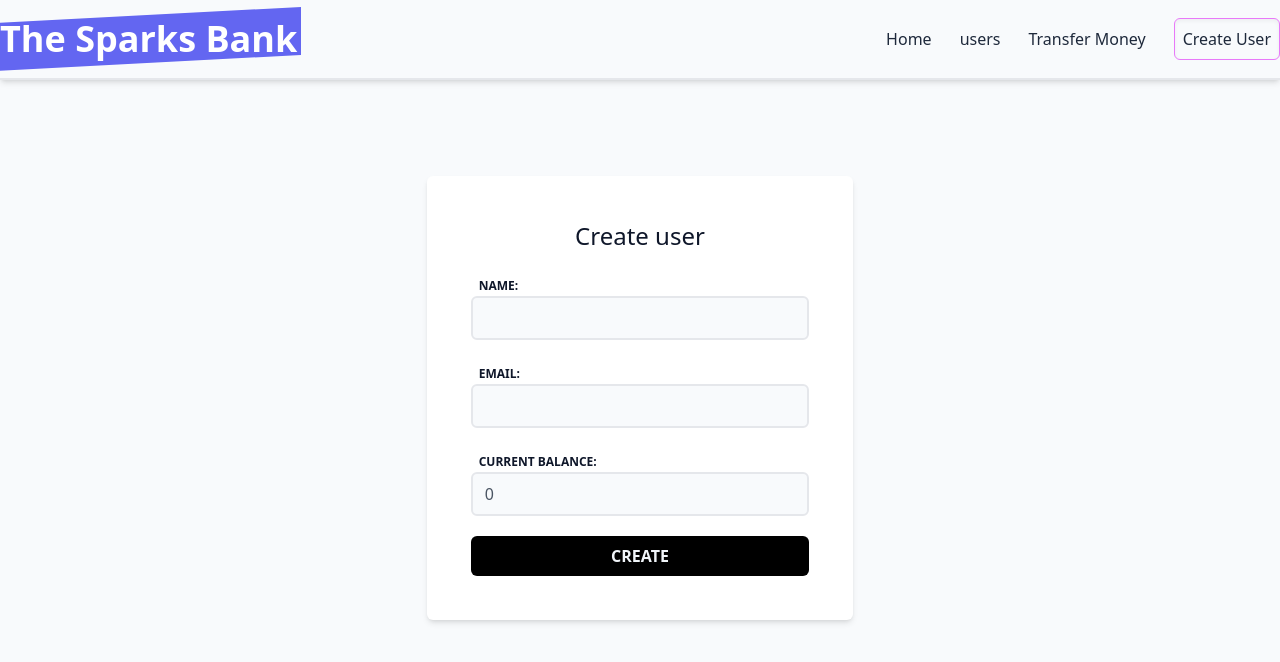
Repository: gauribhardwajj/Banking-System-TSF
Page: /createUser
An editor plug-in stored every save of this project. The page is shown before and after the next save, followed by the edit.
The browser window is 1280 px wide. The pictures show the whole page.
The project was rebuilt for these pictures with package versions that can differ from the ones it lists, and the page was loaded fresh each time. A package was used in the major version that the imports need, not the one package.json lists. The framework's server and built-in components were replaced by stand-ins that run in the browser. Also part of the build but not shown: next.config.js.

Above is the page before, as saved 2024-07-26 00:18:29.

### pages/createUser.js
import { useRouter } from "next/router";
import { useState } from "react";
import Navbar from "../components/Navbar";
import { createuser } from "../utils/request";
import Head from "next/head";

function CreateUser() {
  const [name, setName] = useState("");
  const [email, setEmail] = useState("");
  const [currentBalance, setCurrentBalance] = useState(0);
  const [errorMessage, setErrorMessage] = useState("");
  const [loading, setLoading] = useState(false);

  const router = useRouter();

  const createUser = async (e) => {
    e.preventDefault();
    if (loading) return;

    const payload = {
      name,
      email,
      currentBalance,
    };
    setLoading(true);
    const user = await createuser(payload);

    if (user.hasError) {
      setErrorMessage(user.errorMessage);
    } else {
      setErrorMessage("");
      setName("");
      setEmail("");
      setCurrentBalance(null);
      router.replace("/");
    }
    setLoading(false);
  };

  return (
    <div className="min-h-screen w-full bg-slate-50 text-slate-900 antialiased">
      <Head>
        <title>Banking System</title>
        <link rel="icon" href="/favicon.ico" />
      </Head>

      <Navbar />

      <div className="grid place-items-center mt-24">
        <form
          onSubmit={createUser}
          className="mx-5 flex flex-col space-y-5 rounded-md bg-white p-11 shadow-md md:w-1/2 xl:w-1/3 2xl:w-1/4"
        >
          <h1 className="text-2xl text-center">Create user</h1>
          {errorMessage && (
            <p className="mb-5 text-center text-sm font-semibold capitalize text-red-500">
              {errorMessage}
            </p>
          )}
          <div className="w-full">
            <label htmlFor="accnum" className="label">
              name:
            </label>
            <input
              className="input"
              value={name}
              onChange={(e) => setName(e.target.value)}
              type="text"
              name=""
              id=""
            />
          </div>

          <div className="w-full">
            <label htmlFor="accnum" className="label">
              Email:
            </label>
            <input
              className="input"
              value={email}
              onChange={(e) => setEmail(e.target.value)}
              type="email"
              name=""
              id=""
            />
          </div>

          <div className="w-full">
            <label htmlFor="accnum" className="label">
              Current Balance:
            </label>
            <input
              className="input"
              value={currentBalance}
              onChange={(e) => setCurrentBalance(Number(e.target.value))}
              type="number"
              name=""
              id=""
            />
          </div>

          <button
            className="rounded-md bg-black p-2 px-3 font-semibold uppercase text-slate-100 transition-all hover:bg-white hover:text-slate-900 hover:ring-2 hover:ring-black cursor-pointer text-center"
            type="submit"
          >
            Create
          </button>
        </form>
      </div>
    </div>
  );
}

export default CreateUser;

### styles/globals.css
@tailwind base;
@tailwind components;
@tailwind utilities;

@layer base {
  html {
    -webkit-tap-highlight-color: transparent;
  }

  ::-webkit-scrollbar {
    width: 6px;
  }

  ::-webkit-scrollbar-track {
    -webkit-box-shadow: inset 0 0 6px rgba(0, 0, 0, 0.5);
    -webkit-border-radius: 10px;
    border-radius: 10px;
  }

  ::-webkit-scrollbar-thumb {
    -webkit-border-radius: 10px;
    border-radius: 10px;
    background: rgba(0, 0, 0, 0.4);
    -webkit-box-shadow: inset 0 0 6px rgba(0, 0, 0, 0.5);
  }

  ::-webkit-scrollbar-thumb:window-inactive {
    background: rgba(0, 0, 0, 0.6);
  }
}

@layer components {
  .link {
    @apply cursor-pointer select-none text-blue-500 transition-all hover:text-purple-400 hover:underline;
  }
  .active {
    @apply border-[0.2px] border-fuchsia-400 shadow-inner rounded-md p-2;
  }
  .input {
    @apply w-full rounded-md border-2 bg-slate-50 p-2 px-3 text-gray-600 outline-none focus-within:shadow-md;
  }
  .label {
    @apply p-2 text-xs font-semibold uppercase;
  }
}

### components/Navbar.js
// import { LogoutIcon, UserCircleIcon } from "@heroicons/react/outline";
import { useRouter } from "next/router";

function Navbar() {
  const router = useRouter();

  return (
    <div className={`h-20 border-b-2 shadow-md z-50`}>
      <div className="w-screen px-5 md:px-0 md:max-w-screen-2xl xl:max-w-screen-xl mx-auto flex items-center justify-between h-full">
        <div>
          <h1
            onClick={() => router.push(`/`)}
            className="hidden md:inline-block font-Dongle text-4xl before:block before:absolute before:-inset-1 before:-skew-y-3 before:bg-indigo-500 relative hover:cursor-pointer"
          >
            <span className="relative text-white font-bold">
              The Sparks Bank
            </span>
          </h1>
        </div>
        <ul className="flex items-center space-x-4 sm:space-x-7">
          <li
            onClick={() => router.push("/")}
            className={`link text-slate-800 text-sm sm:text-base ${
              router.pathname === "/" && "active"
            }`}
          >
            Home
          </li>
          <li
            onClick={() => router.push("/users")}
            className={`link text-slate-800 text-sm sm:text-base ${
              router.pathname === "/users" && "active"
            }`}
          >
            users
          </li>
          <li
            onClick={() => router.push(`/transferMoney`)}
            className={`link text-slate-800 ${
              router.pathname === "/transferMoney" && "active"
            }`}
          >
            Transfer Money
          </li>
          <li
            onClick={() => router.push(`/createUser`)}
            className={`link text-slate-800 ${
              router.pathname === "/createUser" && "active"
            }`}
          >
            Create User
          </li>
        </ul>
      </div>
    </div>
  );
}

export default Navbar;

### utils/request.js
import axios from "axios";
import { server } from "../config";
import { getValue } from "./common";

export const createuser = async (payload) => {
  try {
    const res = await axios.post("/api/signup", payload);
    return res.data;
  } catch (error) {
    const errorMsg = getValue(error, ["response", "data"]);
    if (typeof errorMsg.errorMessage === "object") {
      if (
        errorMsg.errorMessage.code === 11000 &&
        "username" in errorMsg.errorMessage.keyValue
      ) {
        return { hasError: true, errorMessage: "Username already exists" };
      }
      if (
        errorMsg.errorMessage.code === 11000 &&
        "email" in errorMsg.errorMessage.keyValue
      ) {
        return { hasError: true, errorMessage: "Email already exists" };
      }
      return { hasError: true, errorMessage: "Invalid data" };
    }
    return errorMsg;
  }
};

export const getusers = async () => {
  try {
    const res = await axios.get(`${server}/api/user`);
    return res.data;
  } catch (error) {
    const errorMsg = getValue(error, ["response", "data"]);
    return errorMsg;
  }
};

export const getuser = async (id) => {
  try {
    const res = await axios.get(`${server}/api/user/${id}`);
    return res.data;
  } catch (error) {
    const errorMsg = getValue(error, ["response", "data"]);
    return errorMsg;
  }
};

export const sendmoney = async (payload) => {
  try {
    const res = await axios.put(`${server}/api/transferMoney`, payload);
    return res.data;
  } catch (error) {
    const errorMsg = getValue(error, ["response", "data"]);
    return errorMsg;
  }
};

### config/index.js
const dev = process.env.NODE_ENV !== "production";

export const server = dev
  ? "http://localhost:3000"
  : "https://banking-system-grip-tsf.vercel.app";

### utils/common.js
export const errorHandler = (data, res, code = 400) => {
  res.status(code).json({
    hasError: true,
    errorMessage: data,
  });
};

export const responseHandler = (data, res, code = 200) => {
  res.status(code).json({
    hasError: false,
    data,
  });
};

export const validateAllOnce = (fields) => {
  for (let key in fields) {
    if (typeof fields[key] === "string") {
      if (fields[key].trim() === "") {
        throw `${key} required`;
      }
    } else {
      if (fields[key] === null) {
        throw `${key} required`;
      }
    }
  }
};

export const hasOnlyNumbers = (str) => {
  if (!/^[0-9]+$/.test(str)) {
    throw `Amount should contain only numbers`;
  }
};

export const getValue = (obj, path, defaultValue) => {
  try {
    if (!(obj instanceof Array)) {
      let myValue = obj;
      for (const key of path) {
        if (!key) {
          break;
        }
        if (!key in myValue) {
          return defaultValue;
        } else {
          myValue = myValue[key];
        }
      }
      return myValue;
    }
  } catch (error) {
    return defaultValue;
  }
};

Loaded but not shown: pages/_app.js (common file); tailwind.config.js (common file)

After the next save:
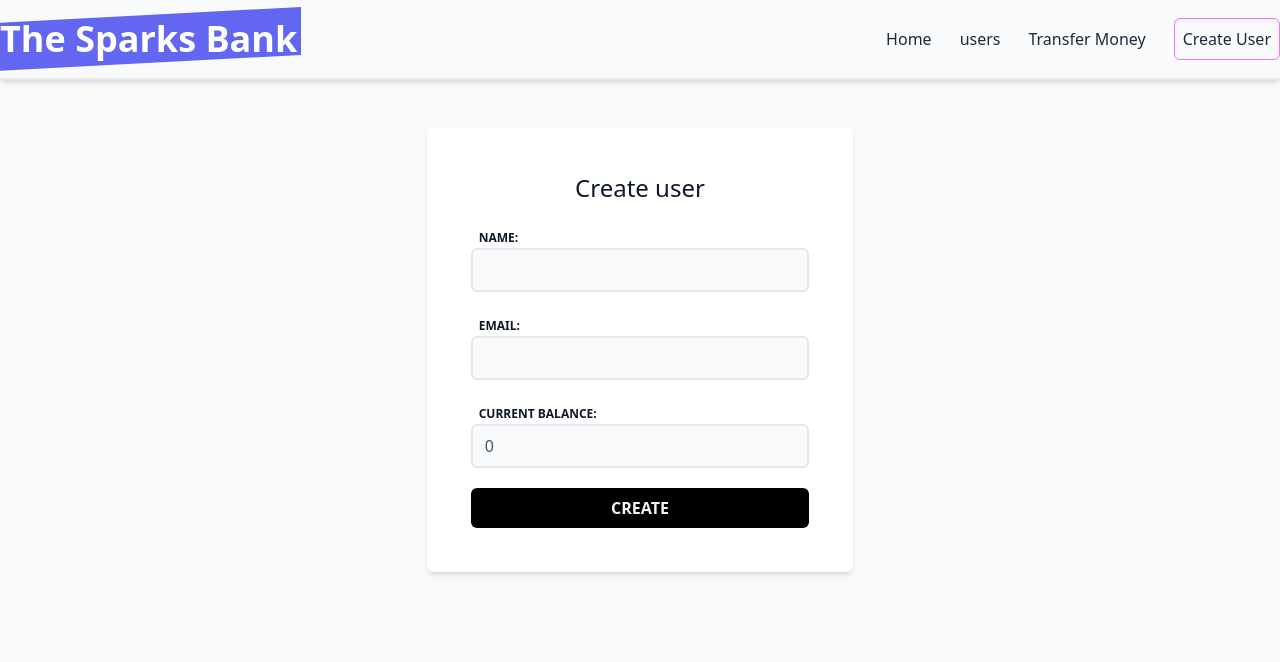
Saved 59 s later.
--- a/pages/createUser.js
+++ b/pages/createUser.js
@@ -40,13 +40,13 @@ function CreateUser() {
   return (
     <div className="min-h-screen w-full bg-slate-50 text-slate-900 antialiased">
       <Head>
-        <title>Banking System</title>
-        <link rel="icon" href="/favicon.ico" />
+        <title>Add-User</title>
+        <link rel="icon" href="/favicon.png" />
       </Head>
 
       <Navbar />
 
-      <div className="grid place-items-center mt-24">
+      <div className="grid place-items-center mt-12">
         <form
           onSubmit={createUser}
           className="mx-5 flex flex-col space-y-5 rounded-md bg-white p-11 shadow-md md:w-1/2 xl:w-1/3 2xl:w-1/4"
